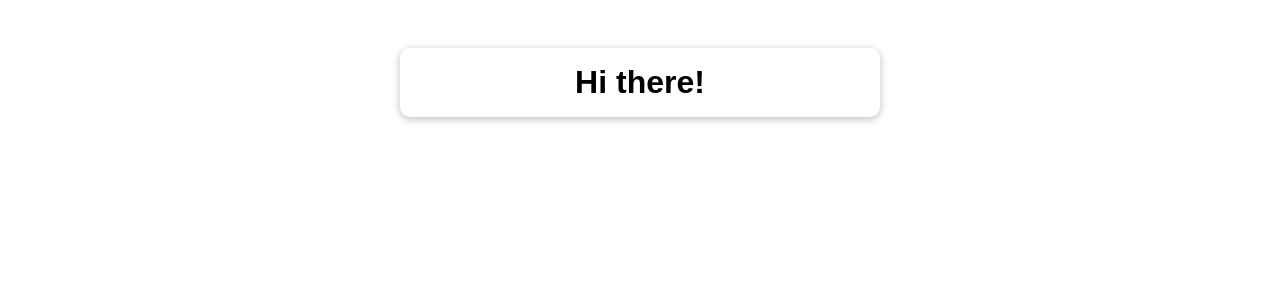
Repository: prathmeshgodbole/React-Optimization
Page: /
An editor plug-in stored every save of this project. The page is shown before and after a run of saves, followed by the edit.
The browser window is 1280 px wide. The pictures show the whole page.
The project was rebuilt for these pictures with package versions that can differ from the ones it lists, and the page was loaded fresh each time. Imported but missing from the stored project, and not drawn on this page: src/components/UI/Button.

Above is the page before, as saved 2021-07-14 12:38:56.

After the next 4 saves:
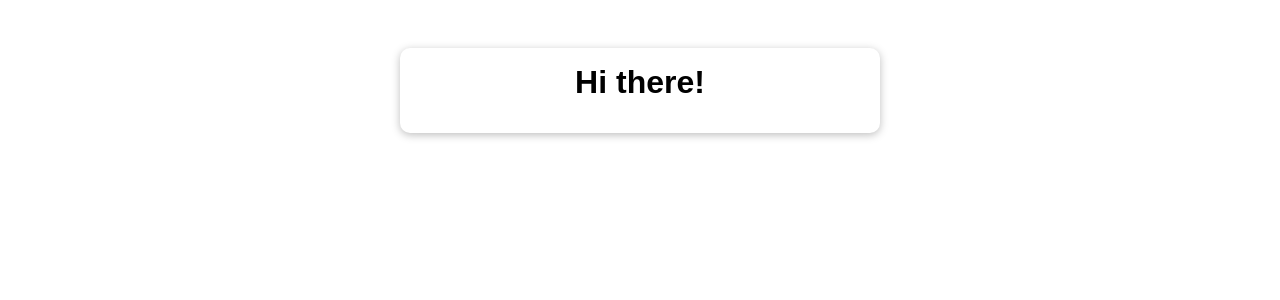
The 4 saves are shown as one change because they came seconds apart.
The last was saved 17 s later.
--- a/src/App.js
+++ b/src/App.js
@@ -1,14 +1,14 @@
-import React from 'react';
-import Button from './components/UI/Button';
-import './App.css';
+import React from "react";
+import Button from "./components/UI/Button";
+import "./App.css";
 
 function App() {
-    return ( <
-        div className = "app" >
-        <
-        h1 > Hi there! < /h1> < /
-        div >
-    );
+  return (
+    <div className="app">
+      <h1> Hi there! </h1>
+      <p></p>
+    </div>
+  );
 }
 
 export default App;
